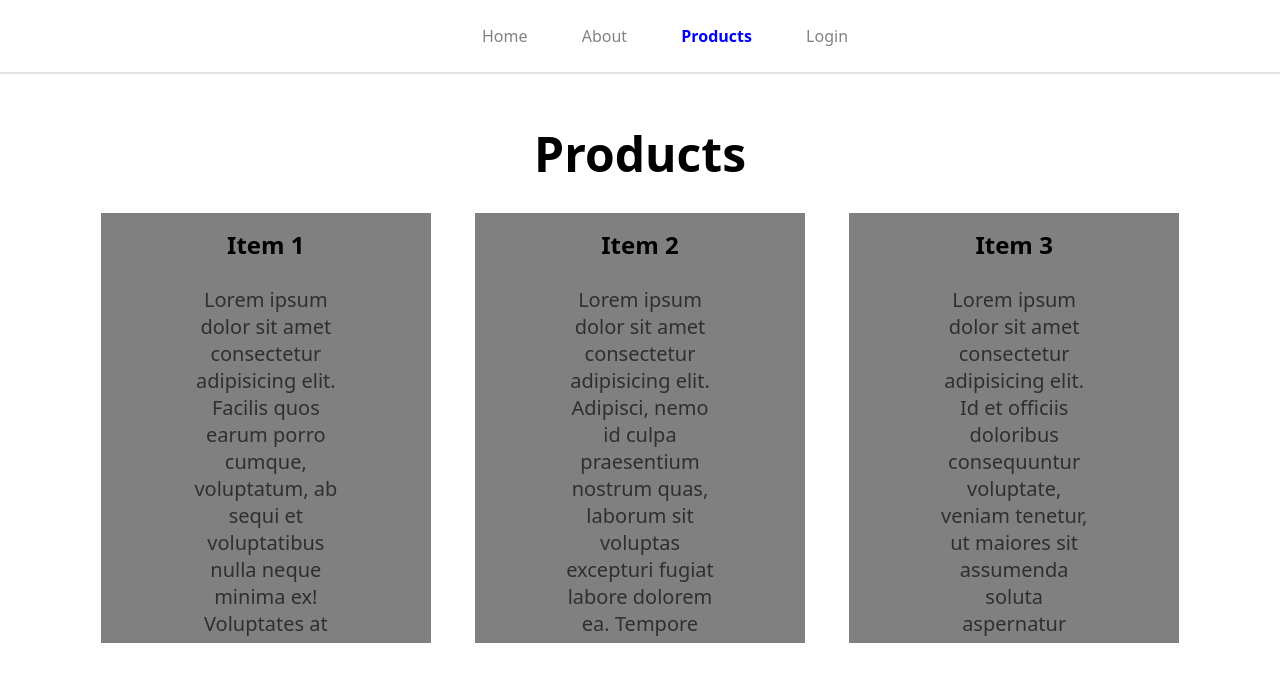
Repository: Yeyolive/WebDev_Collab_2025
Page: Basic_Projects/Basic-Website/products.html
These files come from the project's save history. The page is drawn as it stood at one moment and after the next save; the edit follows.
The browser window is 1280 px wide. The pictures show the whole page.

Above is the page before, as saved 2025-11-02 22:46:22.

After the next save:
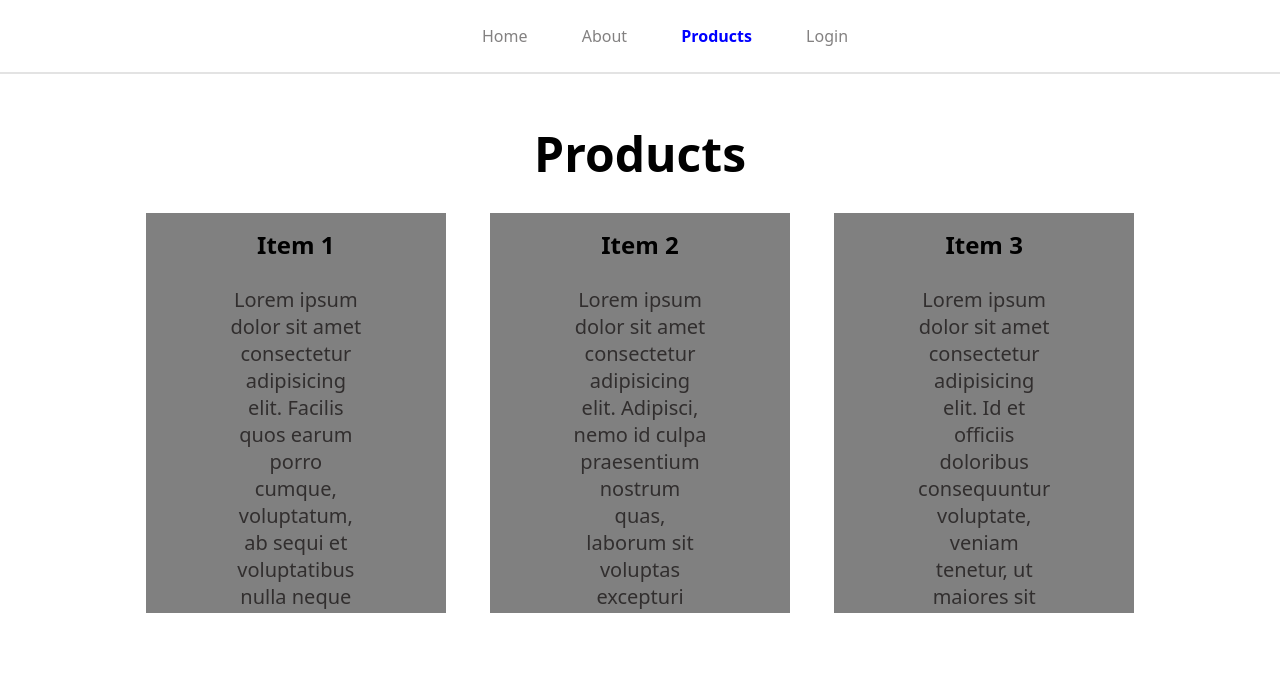
Saved 13 s later.
--- a/Basic_Projects/Basic-Website/styles.css
+++ b/Basic_Projects/Basic-Website/styles.css
@@ -91,6 +91,7 @@ span {
 }
 
 .item {
+  box-sizing: border-box;
   background-color: grey;
   width: 300px;
   max-height: 400px;
